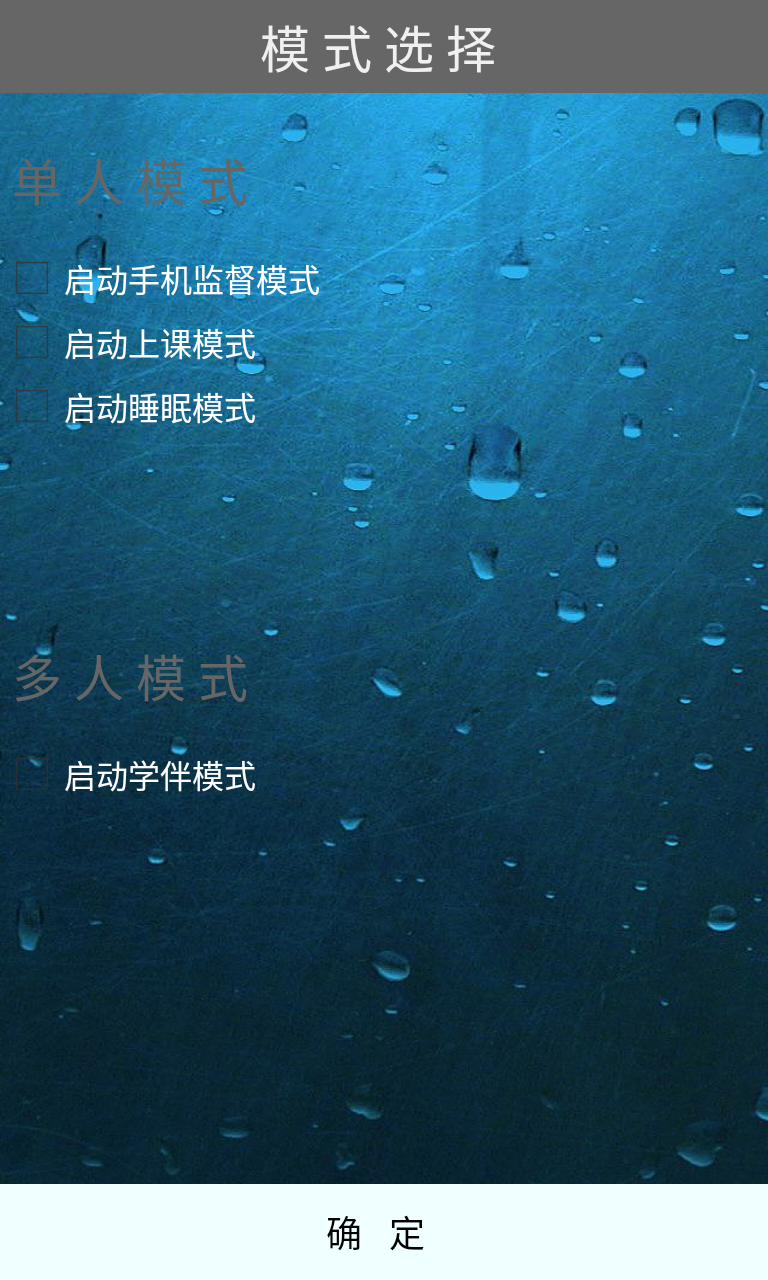
Repository: 17390089054/android
Layout: learning/res/layout/activity_second.xml
The author's editor kept a copy of each file at every save. The layout is drawn from the files as they stood at one save, then again after the next save.
It is drawn on a 768 x 1280 px phone screen (xhdpi) without system bars, with theme AppTheme; the app's code is not run.

Above is the layout before, as saved 2018-05-01 14:18:40.

After the next save:
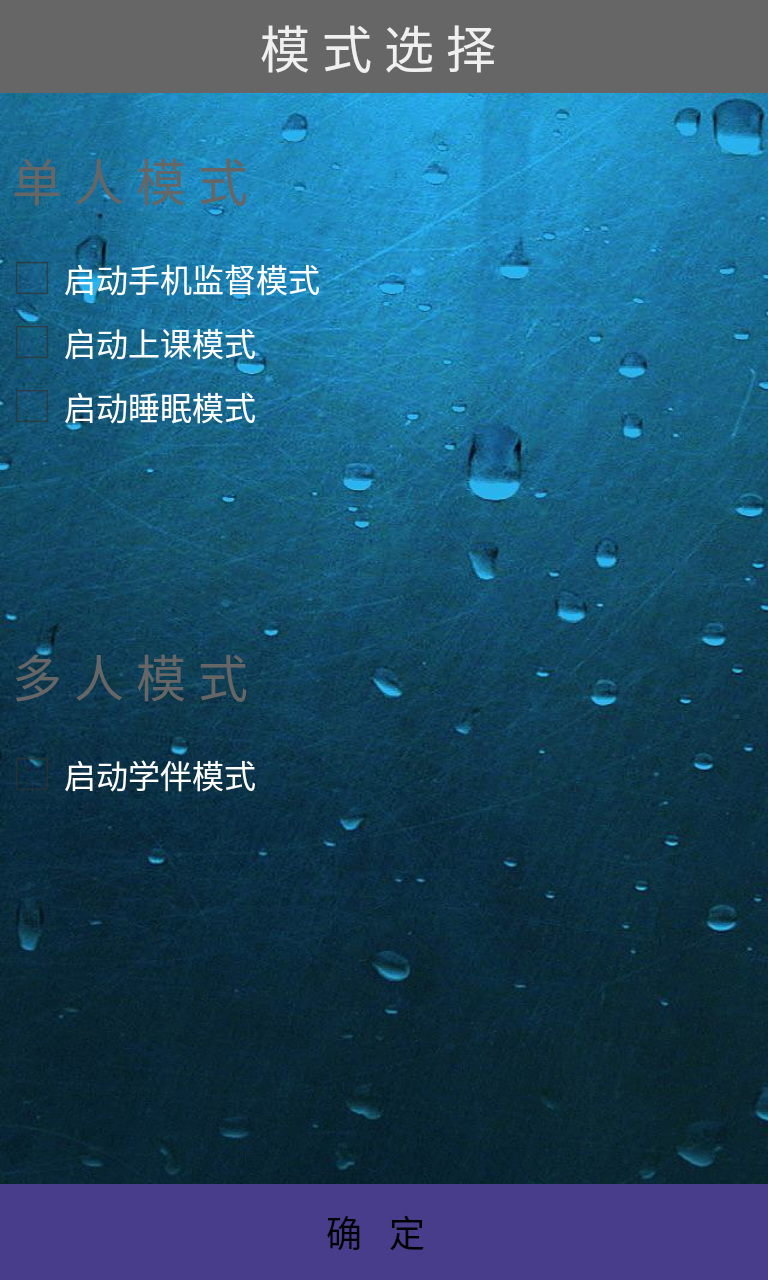
Saved 20 s later.
--- a/learning/res/layout/activity_second.xml
+++ b/learning/res/layout/activity_second.xml
@@ -74,7 +74,7 @@
 	    android:layout_width="match_parent"
 	    android:layout_height="wrap_content"
 	    android:padding="2dp"
-	    android:background="#f0ffff"
+	    android:background="#483d8b"
 	    android:text=" 确   定   "
 	    />
 </LinearLayout>
